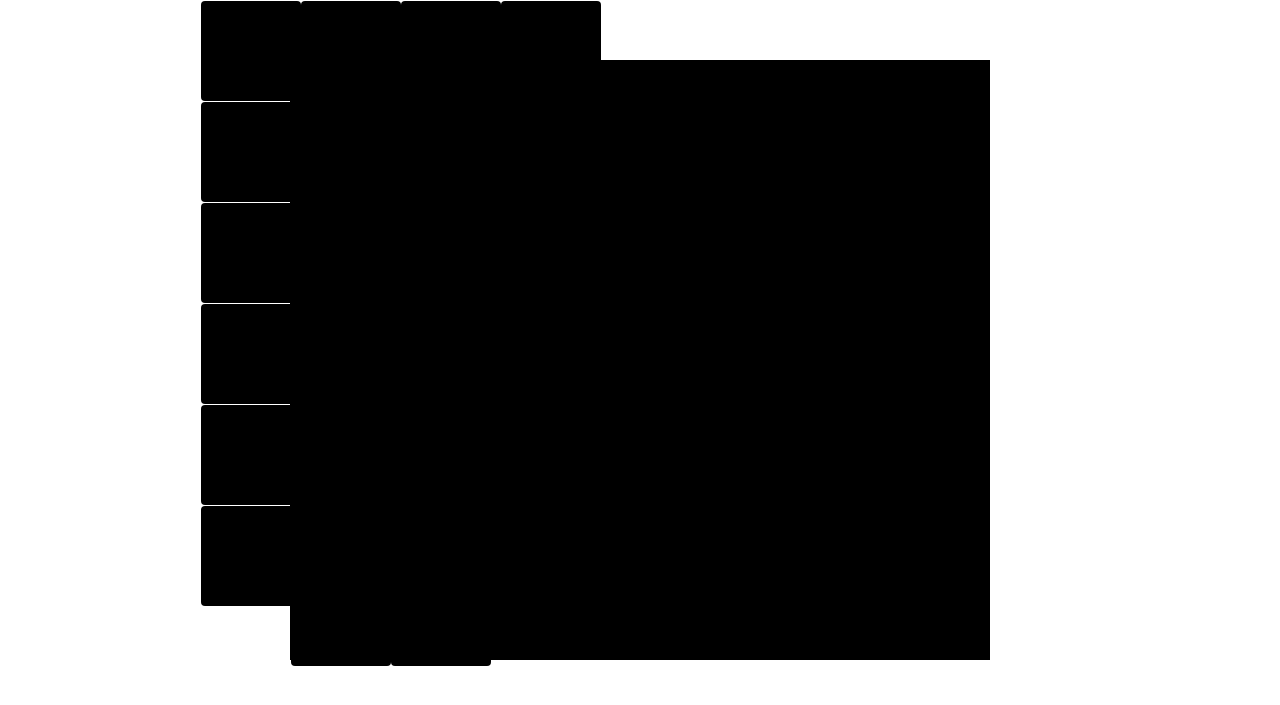
Repository: Lytecyde/emomemo
Page: html/index.html
These files come from the project's save history. The page is drawn as it stood at one moment and after the next save; the edit follows.
The browser window is 1280 px wide. The pictures show the whole page.

Above is the page before, as saved 2020-03-31 09:41:43.

### html/index.html
<!DOCTYPE html>
<html lang="en">
<head>
    <meta charset="utf-8">
    <meta name="viewport" content="width=device-width, initial-scale=1.0">
    <link rel="stylesheet" type="text/css" href="../css/style.css">
    <script type="text/javascript" src="../js/data.js"></script>
    <script type="text/javascript" src="../js/game.js"></script>
</head>
<body onload="game.onload();">
<div id="table">

</div>



</body>
</html>

### css/style.css
#table {
    position: absolute;
    margin: auto;
    top: 0;
    right: 0;
    bottom: 0;
    left: 0;
    width: 700px;
    height: 600px;
    background-color: black;
}

#column {
    position: absolute;
}

.card-flip {
    position: relative;
    background-color: aqua;
    width: 100px;
    height: 100px;
    margin: 1px;
    border-color: aqua;
    border-radius: 4px;
}

.card {
    position: relative;
    background: #000;
    font-size: 80px;
    color:white;
    width: 100px;
    height: 100px;
    margin: 1px;
    border-color: aqua;
    border-radius: 4px;
}

#c0 {
    position: absolute;
    top: 0px;
    left: 0px;
    width: 100px;
    height: 600px;
}

#c1 {
    position: absolute;
    top: 0px;
    left: 100px;
    width: 100px;
    height: 600px;
}

#c2 {
    position: fixed;
    top: 0px;
    left: 200px;
    width: 100px;
    height: 600px;
}
#c3 {
    position: fixed;
    top: 0px;
    left: 300px;
    width: 100px;
    height: 600px;
}

#c4 {
    position: fixed;
    top: 0px;
    left: 400px;
    width: 100px;
    height: 600px;
}

#c5 {
    position: fixed;
    top: 0px;
    left: 500px;
    width: 100px;
    height: 600px;
}

#c6 {
    position: fixed;
    top: 0px;
    left: 600pc;
    width: 100px;
    height: 600px;
}

### js/data.js
var data = {
    listOfEmoji: [
        "😯","😲",
        "🤪","🤩",
        "😌","😁",
        "😃","😃",
        "️️☺","😉",
        "😌","😍",
        "😪","😴",
        "😇","🤗",
        "😐","😑"
    ],
    doubleListOfEmoji: [
        "😯","😲",
        "🤪","🤩",
        "😌","😁",
        "😃","😆",
        "️️☺","😉",
        "🤣","😍",
        "😪","😴",
        "😇","🤗",
        "😐","😑",

        "😯","😲",
        "🤪","🤩",
        "😌","😁",
        "😃","😆",
        "️️☺","😉",
        "🤣","😍",
        "😪","😴",
        "😇","🤗",
        "😐","😑"
    ],
    maxColumns: 6,
    maxRows: 6

}

### js/game.js
/*jslint
    browser: true
*/
/*global window,console,document,data*/

var game = {
    ids: [[]],
    isFlippedArray: [[]],
    NO_EFFECT_ONCLICK: 1,
    ONCLICK: 2,
    status: 2,
    timeForCheckStart: 0,
    nowTime: 0,
    emojiArray: [],
    firstEmojiCard: "",
    secondEmojiCard: "",
    matchedCardsList: []
}

game.twoDimensionalArray = function () {
    var arr = [];
    while (arr.length < 6) {
        arr.push([]);
    }
    return arr;
};

game.createIsFlippedArray = function () {
    game.isFlippedArray = game.twoDimensionalArray();
    for (let x = 0; x < 6; x++) {
        for (let y = 0; y < 6; y++) {
            game.isFlippedArray[x][y] = false;
        }
    }
};

game.onload = function () {
    game.emojiArray = game.shuffle(data.doubleListOfEmoji);
    console.log(game.emojiArray);

    game.createIsFlippedArray();
    game.createTable();
};

game.shuffle = function(array) {
    var currentIndex = array.length;
    var temporaryValue;
    var randomIndex;

    while (0 !== currentIndex) {
        randomIndex = Math.floor(Math.random() * currentIndex);
        currentIndex -= 1;
        temporaryValue = array[currentIndex];
        array[currentIndex] = array[randomIndex];
        array[randomIndex] = temporaryValue;
    }

    return array;
};

game.DIVcard = function (x, y) {
    var card = document.createElement("div");
    var id =  game.ids[x][y];
    card.id = id;
    card.className = "card";
    card.addEventListener('click', () => game.flip(id));
    return card;
};

game.createTable = function () {
    game.makeIDsForGameTable();
    var tableDIV = document.getElementById("table");

    for (let x = 0; x < data.maxColumns; x++) {
        var column = document.createElement("div");
        column.classNamed = "column";
        column.id = "c" + x;
        tableDIV.appendChild(column);
        for (let y = 0; y < data.maxRows; y++) {
            var card = game.DIVcard(x, y);
            column.appendChild(card);
        }
    }
};

game.makeIDsForGameTable = function () {
    game.ids = game.twoDimensionalArray();
    for (let x = 0; x < data.maxColumns; x++) {
        for (let y = 0; y < data.maxRows; y++) {
            game.ids[x][y] = "x" + x + "y" + y;
        }
    }
};

game.flip = function (id) {
    var x = 0;
    var y = 0;
    console.log(id);
    x = (id).substring(1, 2);
    y = (id).substring(3, 4);
    if (!game.isFlippedArray[x][y]) {
        if(game.onFirstFlip(x, y)) {
            return;
        }
        game.onSecondFlip(x, y);
        return;
    }

    e.target.style = "background: black";
    game.isFlippedArray[x][y] = false;

};

game.onFirstFlip = function (x, y) {
    if (game.countFlipped() === 0) {
        console.log("first click" + game.emojiArray[game.cardIndex(x, y)]);
        game.turnDownAll();
        game.createIsFlippedArray();
        game.showFlipped();
        game.timeForCheckStart = new Date().getTime();
        game.isFlippedArray[x][y] = true;
        game.showEmoji(x,y);
        game.firstEmojiCard = game.emojiArray[game.cardIndex(x,y)];
        game.showFlipped();
        game.showMatches();
        return true;
    }
    return false;
};

game.onSecondFlip = async function (x, y) {
    if (game.countFlipped() === 1) {
        console.log("second click" + game.emojiArray[game.cardIndex(x,y)]);
        game.isFlippedArray[x][y] = true;
        console.log(game.isFlippedArray);
        game.showEmoji(x,y);

        var n = document.getElementById("x" + x + "y" + y);
        n.style = "background: aqua";
        var duration = (new Date().getTime()) - game.timeForCheckStart;
        console.log("found in " + duration);
        game.secondEmojiCard = game.emojiArray[game.cardIndex(x,y)];
        if(!game.isBothCardsMatch()) {
            await sleep(3800);
        }

        game.checkBoth();
        game.hideAllEmoji();
        game.resetTable();
        game.showFlipped();
        game.showMatches();
    }
}

game.isBothCardsMatch = function(){
    return game.firstEmojiCard === game.secondEmojiCard;
}

game.isOneofPIMPOM =  function (emo) {
    const statement = (element) => element === emo;
    if(game.matchedCardsList.some(statement)){
        return true;
    };

    return false;
};

game.showMatches = function(){
    for (let x = 0; x < data.maxColumns; x++) {
        for (let y = 0; y < data.maxRows; y++) {
            var currentEmo = game.emojiArray[game.cardIndex(x, y)];
            console.log("currentemo:" + currentEmo);
            if(game.isOneofPIMPOM(currentEmo)) {
                document.getElementById("x" + x + "y" + y).innerHTML =
                currentEmo;
            }
        }
    }
}

game.checkBoth = function () {
    console.log("checked:");
    if(game.isBothCardsMatch()) {
        game.matchedCardsList.push(game.firstEmojiCard);
        console.log("PIMPOM you got two matching cards!");
    }
};

game.cardIndex = function (x0, y0) {
    var n = 0;
    for (let x = 0; x < data.maxColumns; x++) {
        for (let y = 0; y < data.maxRows; y++) {
            if(x == x0 && y == y0){
                return n;
            }
            n++;
        }
    }
    return 0;
};

game.showEmoji = function (x, y) {
    var cardIndex = game.cardIndex(x, y);
    console.log(cardIndex + " " + x + " " + y);
    document.getElementById("x" + x + "y" +y).innerHTML =
    game.emojiArray[cardIndex];
}

game.showAllEmoji = function () {
    for (let x = 0; x < 6; x++) {
        for (let y = 0; y < 6; y++) {
            game.showEmoji(x,y);
        }
    }
};

game.hideAllEmoji = function() {
    for (let x = 0; x < 6; x++) {
        for (let y = 0; y < 6; y++) {
            document.getElementById("x" + x + "y" +y).innerHTML = "";
        }
    }
};

game.flipCheck = function (x, y) {
    return game.isFlippedArray[x][y] &&
    x < data.maxColumns &&
    y < data.maxRows;
};

game.flipIt = function (x, y) {
    if (game.flipCheck(x, y)) {
        document.getElementById("x" + x + "y" + y).style = "background: aqua";
        return;
    }
    document.getElementById(id).style = "background: black";
};

game.unflipIt = function (x, y) {
    if (! game.flipCheck(x, y)) {
        var id = "x" + x + "y" + y;
        document.getElementById(id).style = "background: black";
        return;
    }
    document.getElementById("x" + x + "y" + y).style = "background: aqua";
};

game.resetTable = function () {
    game.createIsFlippedArray();
    game.unflipAll();
};

game.unflipAll = function () {
    for (let x = 0; x < 6; x++) {
        for (let y = 0; y < 6; y++) {
            game.unflipIt(x, y);
        }
    }
};

game.turnDownAll = function () {
    for (let x = 0; x < data.maxColumns; x++) {
        for (let y = 0; y < data.maxRows; y++) {
            var id = "x" + x + "y" + y;
            document.getElementById(id).style = "background: black";
        }
    }
};

game.setAquaWhenFlipped = function (x, y) {
    if(game.isFlippedArray[x][y]) {
        var id = "x" + x + "y" + y;
        document.getElementById(id).style = "background: aqua";
    }
};

game.showFlipped = function () {
    for (let x = 0; x < data.maxColumns; x++) {
        for (let y = 0; y < data.maxRows; y++) {
            game.setAquaWhenFlipped(x, y);
        }
    }
};

game.countFlipped = function () {
    var count = 0;
    var all = game.joinArray();
    var flipped = all.filter(f => {
        if (f === true) { return "flipped" };
    });
    count = flipped.length;
    return count;
}

game.checkFlips = function () {
    game.createIsFlippedArray();
    game.unflipAll();
    game.status = game.ONCLICK;
};

game.joinArray = function () {
    var allFlips = [];
    this.isFlippedArray.forEach(function (flip) {
        allFlips = allFlips.concat(flip);
    });
    console.log(allFlips);
    return allFlips;
}



var sleep = function (ms) {
    return new Promise(resolve => setTimeout(resolve, ms));
}

After the next save:
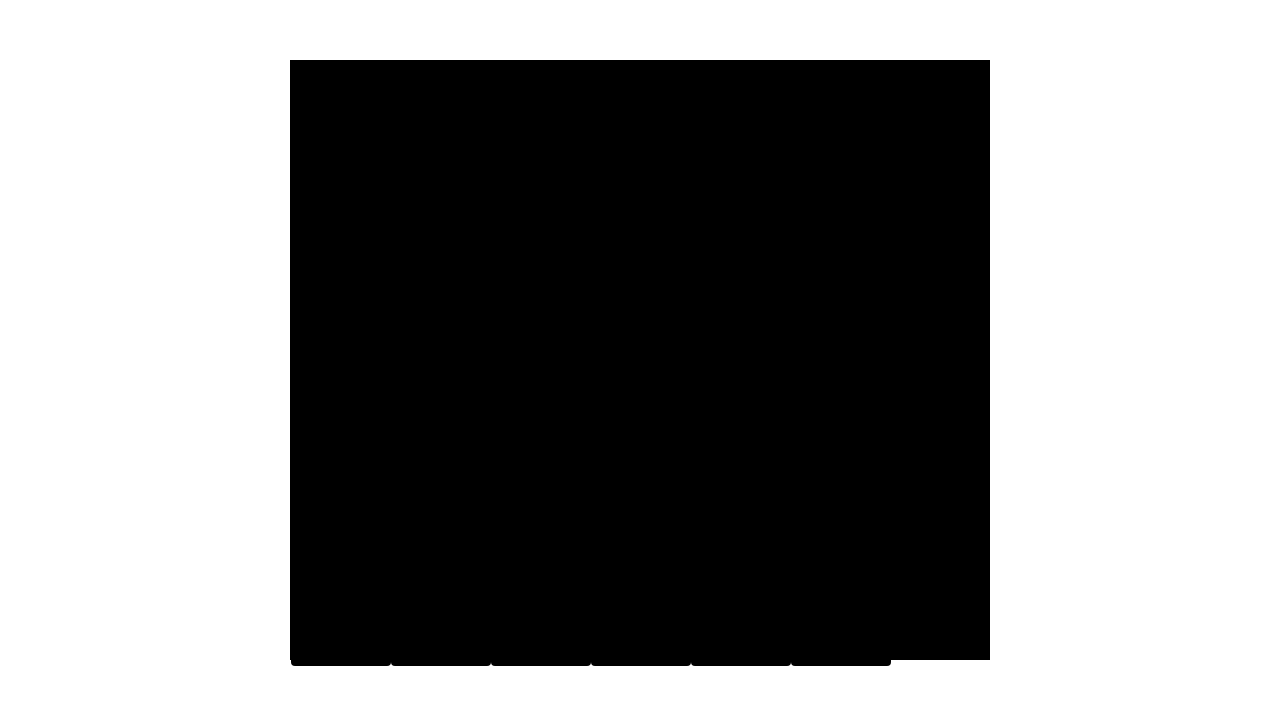
Saved 3 min 38 s later.
--- a/css/style.css
+++ b/css/style.css
@@ -36,6 +36,14 @@
     border-radius: 4px;
 }
 
+#column {
+    position: absolute;
+    top: 0px;
+    left: 0px;
+    width: 100px;
+    height: 600px;
+}
+
 #c0 {
     position: absolute;
     top: 0px;
@@ -53,14 +61,14 @@
 }
 
 #c2 {
-    position: fixed;
+    position: absolute;
     top: 0px;
     left: 200px;
     width: 100px;
     height: 600px;
 }
 #c3 {
-    position: fixed;
+    position: absolute;
     top: 0px;
     left: 300px;
     width: 100px;
@@ -68,7 +76,7 @@
 }
 
 #c4 {
-    position: fixed;
+    position: absolute;
     top: 0px;
     left: 400px;
     width: 100px;
@@ -76,7 +84,7 @@
 }
 
 #c5 {
-    position: fixed;
+    position: absolute;
     top: 0px;
     left: 500px;
     width: 100px;
@@ -84,7 +92,7 @@
 }
 
 #c6 {
-    position: fixed;
+    position: absolute;
     top: 0px;
     left: 600pc;
     width: 100px;
